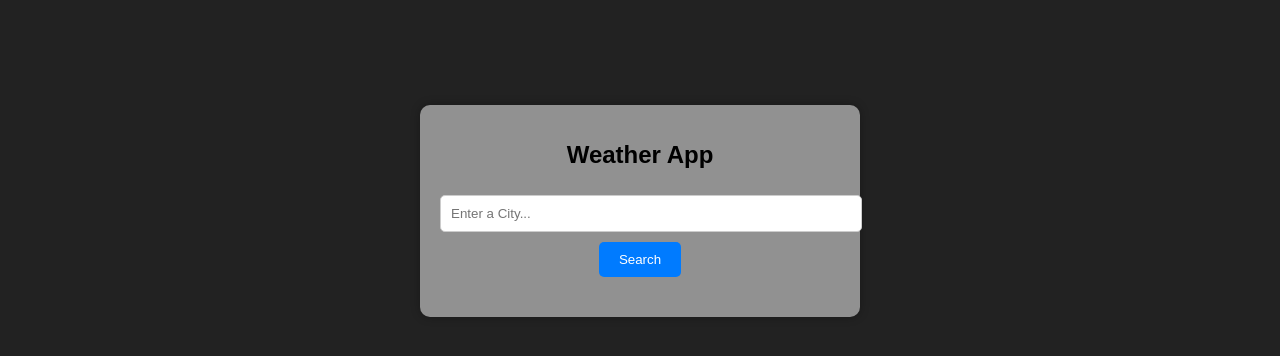
Repository: Dharshinimk-521/weather-app
Page: index.html
The author's editor kept a copy of each file at every save. The page is drawn from the files as they stood at one save, then again after the next save.
The browser window is 1280 px wide. The pictures show the whole page.

Above is the page before, as saved 2026-04-18 17:22:24.

### index.html
<!DOCTYPE html>
<html lang = "en">
    <head>
        <meta charset="UTF-8">
        <meta name="viewport" content="width=device-width,inital-cale=1.0">
        <title>Weather App</title>
        <link rel="stylesheet" href="style.css">
        <script src="script.js" defer></script>
    </head>
    <body>
        <div class="container">
            <h1>Weather App</h1>
            <input type="text" id="locationinput" placeholder="Enter a City...">
            <button id="searchbtn">Search</button>
            <div class="weather-info">
                <h2 id="location"></h2>
                <p id="temp"></p>
                <p id="desc"></p>
            </div>
        </div>
    </body>

### style.css
body {
    font-family: Arial, sans-serif;
    background-color: #222222;
}

.container {
    max-width: 400px;
    margin: 0 auto;
    text-align: center;
    padding: 20px;
    background-color: rgba(255, 255, 255, 0.5); /* Set the background color to be transparent */
    border-radius: 10px;
    box-shadow: 0 0 10px rgba(0, 0, 0, 0.3); /* Adjust the alpha value here for the box shadow transparency */
    margin-top: 105px;
}

h1 {
    font-size: 24px;
}

input[type="text"] {
    width: 100%;
    padding: 10px;
    margin: 10px 0;
    border: 1px solid #ccc;
    border-radius: 5px;
}

button {
    background-color: #007BFF;
    color: #fff;
    border: none;
    padding: 10px 20px;
    border-radius: 5px;
    cursor: pointer;
}

.weather-info {
    margin-top: 20px;
}

Loaded but not shown: script.js (no copy from this time; the picture is the same without it)

After the next save:
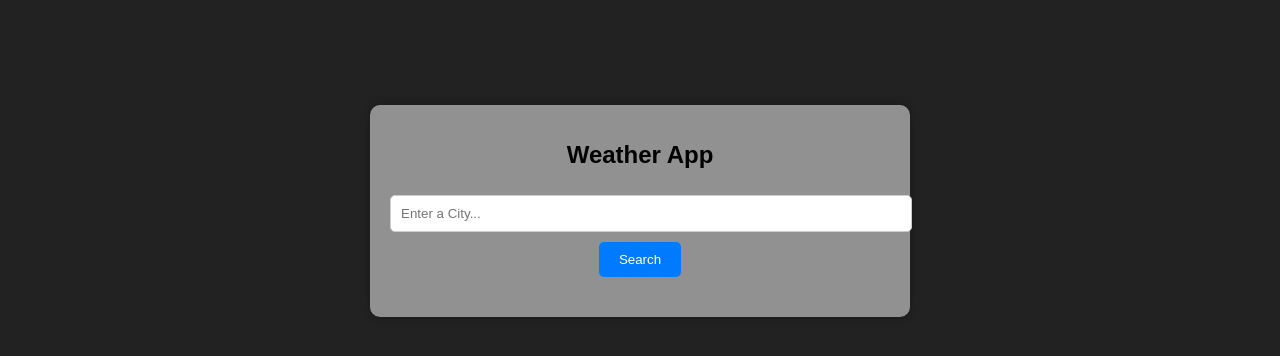
Saved 16 s later.
--- a/style.css
+++ b/style.css
@@ -4,7 +4,7 @@
 }
 
 .container {
-    max-width: 400px;
+    max-width: 500px;
     margin: 0 auto;
     text-align: center;
     padding: 20px;

After the save that followed:
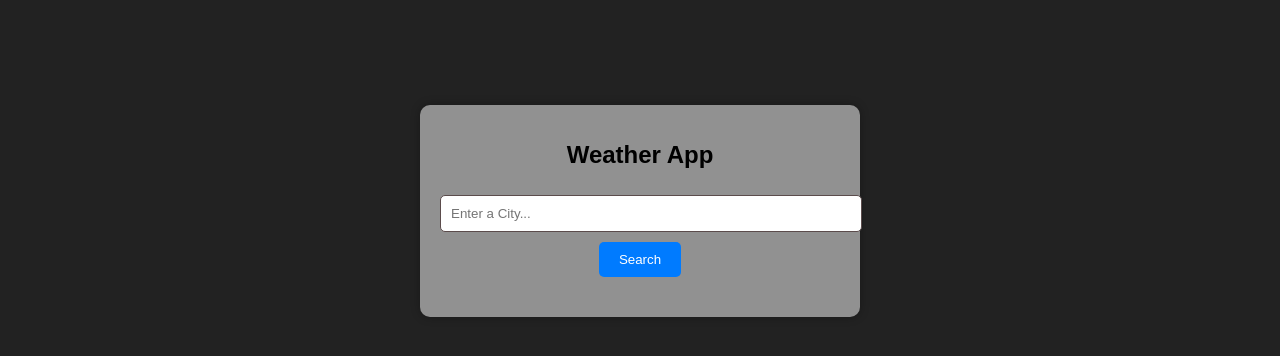
Saved 32 s later.
--- a/style.css
+++ b/style.css
@@ -4,7 +4,7 @@
 }
 
 .container {
-    max-width: 500px;
+    max-width: 400px;
     margin: 0 auto;
     text-align: center;
     padding: 20px;
@@ -22,7 +22,7 @@
     width: 100%;
     padding: 10px;
     margin: 10px 0;
-    border: 1px solid #ccc;
+    border: 1px solid #5b4c4c;
     border-radius: 5px;
 }
 
